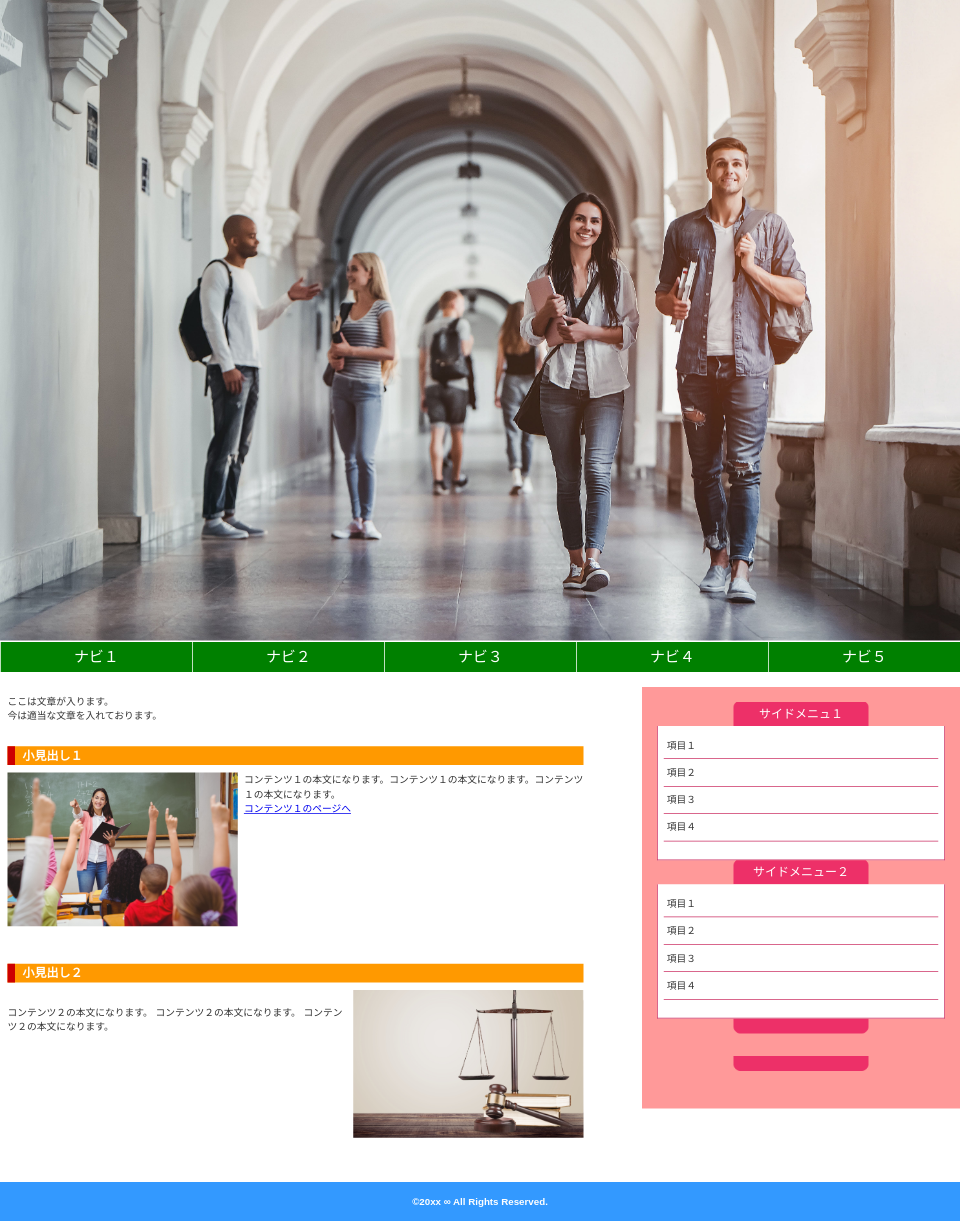
Repository: kitamasa303/samurai_HTML_CSS
Page: home.html
The author's editor kept a record of every edit. The page is drawn from the files as they stood at one moment, then again after the next edit.
The browser window is 1280 px wide. The pictures show the whole page, at 75% of full size.

Above is the page before.

### home.html
<!DOCTYPE html>
<html lang="ja">
<head>
    <meta charset="UTF-8">
    <title>HTML/CSSの学習</title>
    <link rel="stylesheet" href="stylesheet.css">
</head>
<body>
    <div id="header">
        <h1><a href="index.html"><img id="corridor" src="images/corridor.jpg" alt="大学の廊下"></a></h1>
    </div>
    <div id="wrapper">
        <div id="nav">
            <ul>
                <li><a href="home.html">ナビ１</a></li>
                <li><a href="#">ナビ２</a></li>
                <li><a href="#">ナビ３</a></li>
                <li><a href="#">ナビ４</a></li>
                <li><a href="#">ナビ５</a></li>
            </ul>
        </div>
        <div id="container">
            <div id="main">
            <div class="post">
                <p>ここは文章が入ります。<br/>今は適当な文章を入れております。</p>
            </div>
            <div class="post clearfix">
                <h2>小見出し１</h2>
                <img class="left" src="images/classroom.jpg" alt="授業風景"/>
                <p>
                    コンテンツ１の本文になります。コンテンツ１の本文になります。コンテンツ１の本文になります。
                </p>
                <p><a href="#">コンテンツ１のページへ</a></p>
            </div>
            <div class="post clearfix">
        　　      <h2>小見出し２</h2>
        　　      <img class="right" src="images/scale.jpg" alt="天秤"/>
        　　      <p>コンテンツ２の本文になります。  コンテンツ２の本文になります。  コンテンツ２の本文になります。
        　　      </p>
        　　</div>
        　　</div>
        </div>
        <div id="side">
            <div class="box">
                <h2>サイドメニュ１</h2>
                <div class="boxBody">
                    <ul>
                        <li>項目１</li>
                        <li>項目２</li>
                        <li>項目３</li>
                        <li>項目４</li>
                    </ul>
                </div>
                <div class="box">
                <h2>サイドメニュー２</h2>
                <div class="boxBody">
                    <ul>
                        <li>項目１</li>
                        <li>項目２</li>
                        <li>項目３</li>
                        <li>項目４</li>
                    </ul>
                </div>
            </div>
        </div>
    </div>
    <div id="footer">
        <p>&copy;20xx ∞ All Rights Reserved.</p>
    </div>
</body>
</html>

### stylesheet.css
@charset"utf-8";

body{
    margin: 0;
    padding:0;
    font-family: "ヒラギノ角ゴ Pro W3","Hiragino Kaku Gothic Pro","メイリオ",Meiryo,Osaka,"MS Pゴシック","MS Gothic",sans-serif;
    color:#333;
    font-size: 13px;
    line-height: 150%;
}

/*-----wrapper-----*/
#wrapper{
    width: 100%;
    margin: auto;
    padding: 0px;
    border: 0px;
    background-color:#FFF;
    top: 0px;
    position: relative;

}
/*-----header-----*/

#header {
    width:100%;
}

#header h1 {
   margin:0;
   padding:0;
}

#corridor {
    width:100% ;
    height:auto;
}

/*-----footer-----*/

#footer{
    clear:both;
    width: 100%;
    padding:3px 0 3px 0;
    background-color: #39F;
    color:#FFF;
    font-weight: bold;
    text-align: center;
}

/*----nav-----*/

#nav {
    width:100%;
}
#nav ul{
    margin:0;
    padding:0;
    list-style-type:none;
}

#nav ul li {
    float:left;
    width:20%;
    text-align:center;

}

#nav ul li a {
    display:block;
    height:20px;
    margin:0;
    padding:10px;
    color:#FFF;
    font-size:20px;
    text-decoration:none;
    background-color:green;
    border-left:1px solid white;
}

#nav ul li a:hover{
    filter:drop-shadow(10px 10px 10px black);
}

/*----container-----*/

#container {
    width:100%;
    margin:auto;
    padding-top: 20px;
    clear:both;
}

/*----main-----*/

#main {
    float: left;
    width:60%;
    padding: 10px 30px 10px 10px;
}

#main h2 {
    margin:0 0 10px 0;
    padding:3px 10px 3px 10px;
    color:#FFF;
    font-size: 16px;
    border-left: solid 10px #c00;
    background-color: #F90;
}

#main p{
    margin:0;
    padding:0;

}

#main .post{
    margin:0 0 30px 0;
}

#main .post img.right{
    margin:0 0 0 8px;
}

#main .post img.left{
    margin:0 8px 0 0;
}

.right{
    float:right;
    width:40%;
    height:auto;
}

.left{
    float:left;
    width:40%;
    height:auto;
}


/*----clearfix-----*/

.clearfix{
    zoom:1;
}

.clearfix:after{
    content:"";
    display:block;
    clear:both;
}

/*-----side-----*/

#side{
    float:right;
    width:30%;
    padding:20px;
    background-color:#F99;
}
#side .box{
    margin:0 auto 30px auto;
    padding:0 0 20px 0;
    background:url(images/side_box.png) bottom no-repeat;
}
#side .box h2{
    margin:0;
    padding:8px;
    text-align:center;
    color:#FFF;
    font-size:16px;
    line-height:16px;
    font-weight:normal;
    background:url(images/side_box_h2.png) center no-repeat;
}

#side .boxBody{
    padding:8px;
    border-right:solid 1px #C36;
    border-bottom:solid 1px #C36;
    border-left:solid 1px #C36;
    background:#FFF;

}

#side .box .boxBody ul{
    margin:0 0 16px 0;
    padding:0;
}

#side .box .boxBody ul li{
    padding:8px 0 8px 4px;
    list-style: none;
    border-bottom:solid 1px #C36;
}

After the next edit:
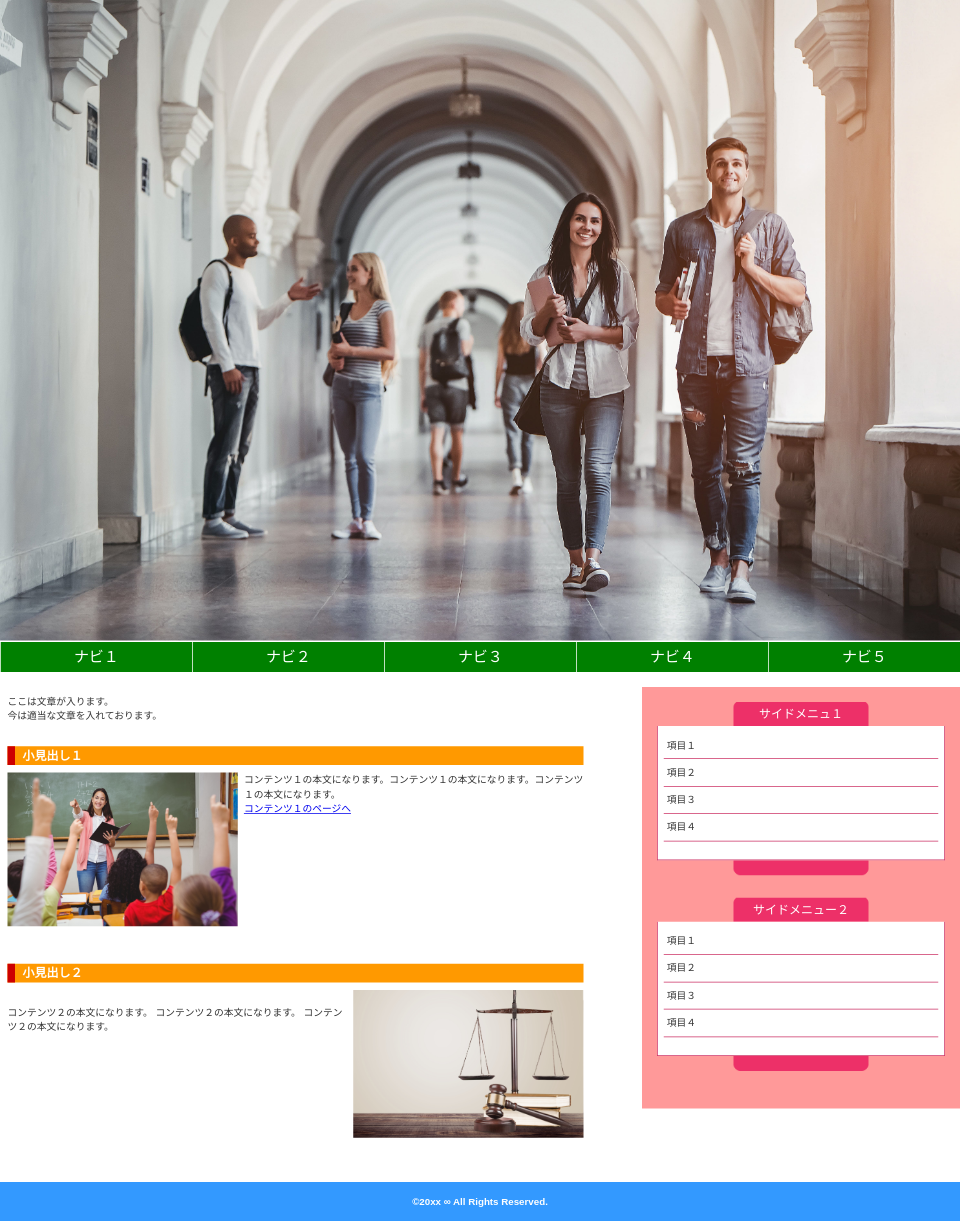
The edit:
--- a/home.html
+++ b/home.html
@@ -51,7 +51,8 @@
                         <li>項目４</li>
                     </ul>
                 </div>
-                <div class="box">
+            </div>
+            <div class="box">
                 <h2>サイドメニュー２</h2>
                 <div class="boxBody">
                     <ul>
